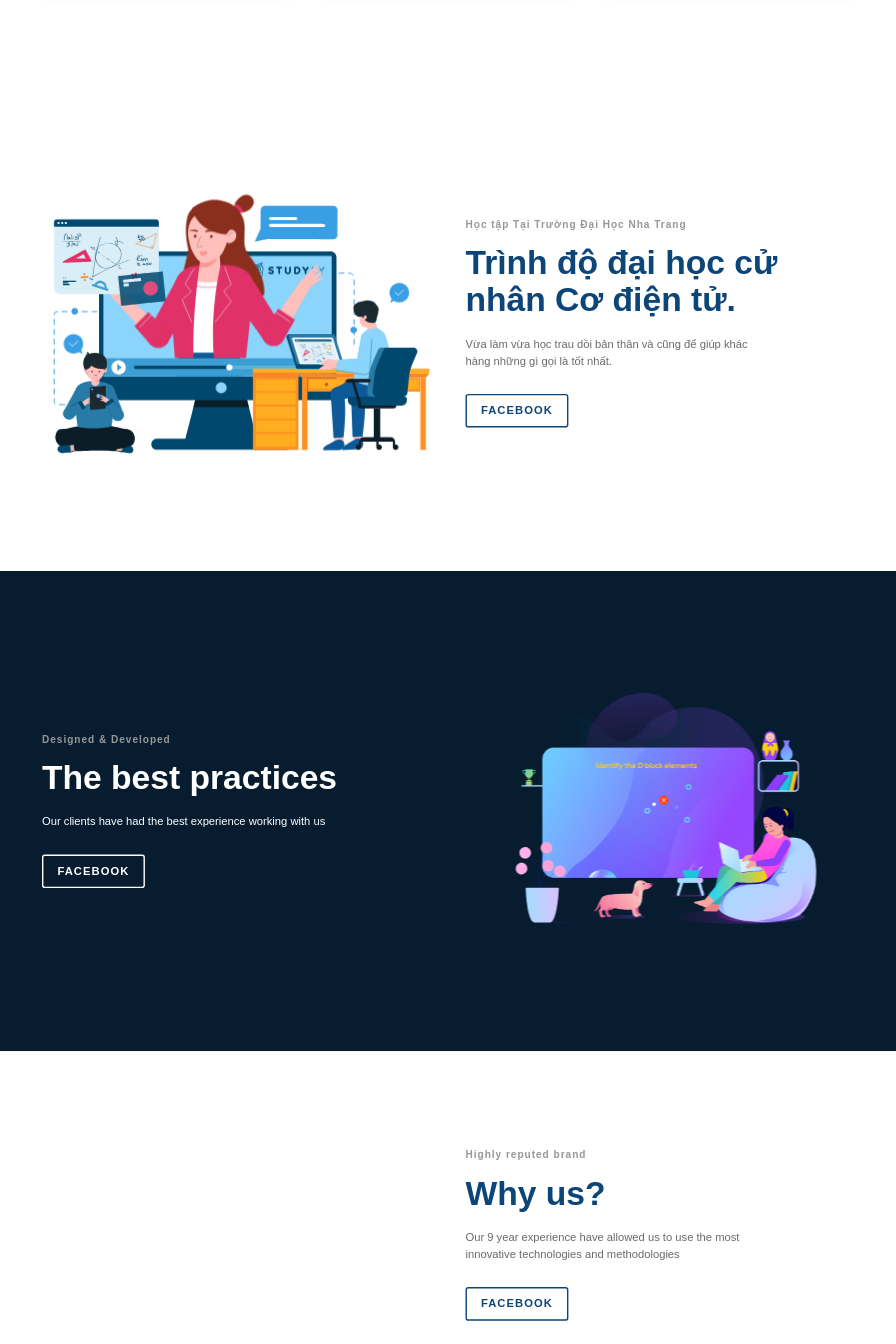
Repository: fdhhhdjd/Profile-Gift-B_H_Q_Trung
Page: /
An editor plug-in stored every save of this project. The page is shown before and after the next save, followed by the edit.
The browser window is 1280 px wide. The pictures show the part of the page from y = 1544 to 3464 px (the page is 3937 px tall before and 3989 px after), at 70% of full size.
The project was rebuilt for these pictures with package versions that can differ from the ones it lists, and the page was loaded fresh each time. Also part of the build but not shown: src/Styles/PricingStyles.js, src/Data/PricingData.js, src/Pages/PricingPage.js. Imported but missing from the stored project, and not drawn on this page: src/Pages/SignUpPage.

Above is the page before, as saved 2021-10-29 11:24:05.

After the next save:
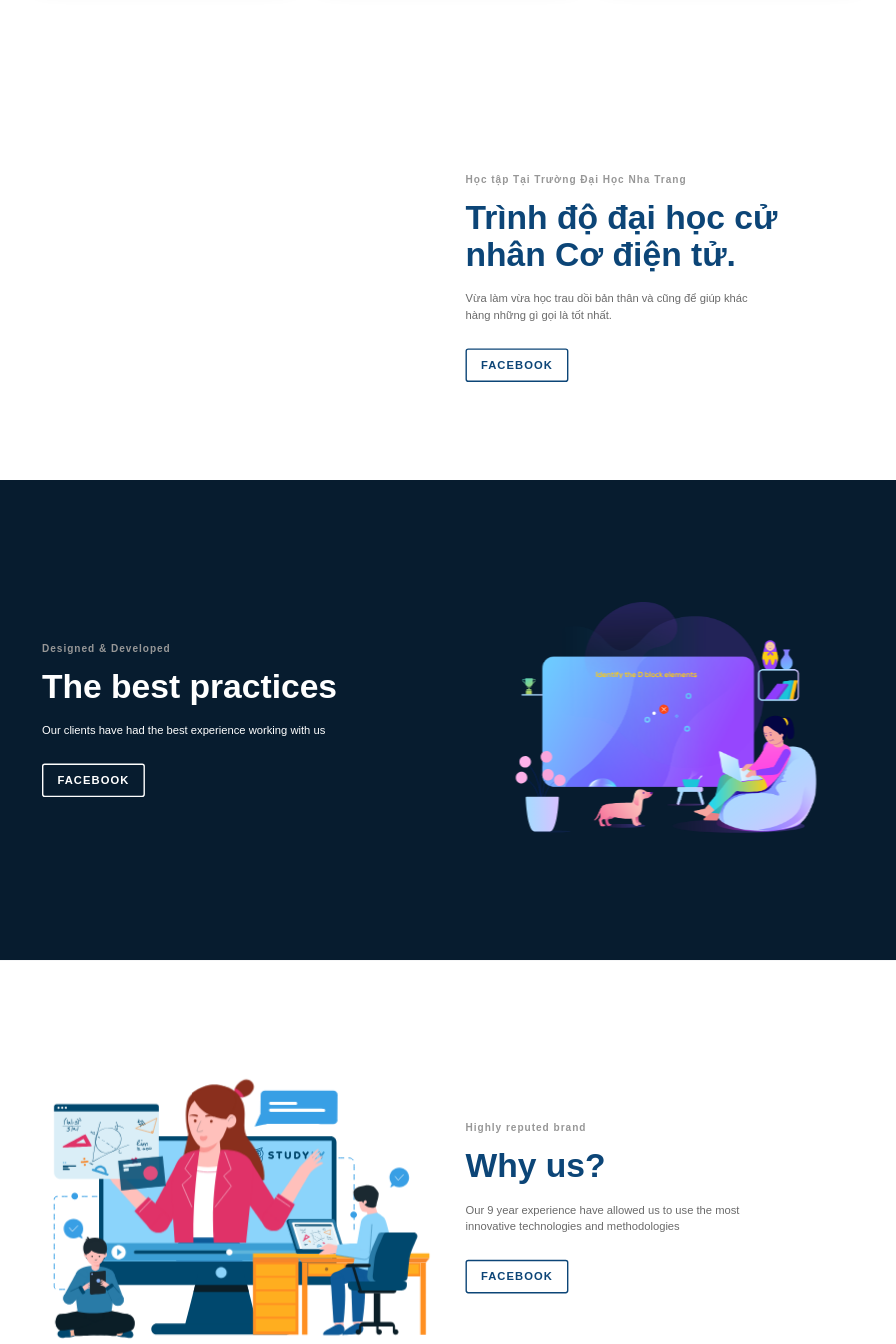
Saved 29 s later.
--- a/src/Data/HeroData.js
+++ b/src/Data/HeroData.js
@@ -10,14 +10,6 @@ const defaultOptions = {
   },
 };
 const defaultOptions1 = {
-  loop: true,
-  autoplay: true,
-  animationData: practice.default,
-  rendererSettings: {
-    preserveAspectRatio: "xMidYMid slice",
-  },
-};
-const defaultOptions2 = {
   loop: true,
   autoplay: true,
   animationData: practice.default,
@@ -39,7 +31,7 @@ export const heroOne = {
   href: "https://www.facebook.com/profile.php?id=100009136510942",
   hrefEm: "mailto:buihuynhquoctrung@gmail.com",
   imgStart: "start",
-  img: defaultOptions,
+  img: trung,
   start: "true",
 };
 
@@ -78,6 +70,6 @@ export const heroThree = {
 
   linkTo: "/download",
   imgStart: "",
-  img: "./assets/svg/ChartUp.svg",
+  img: defaultOptions,
   start: "true",
 };
